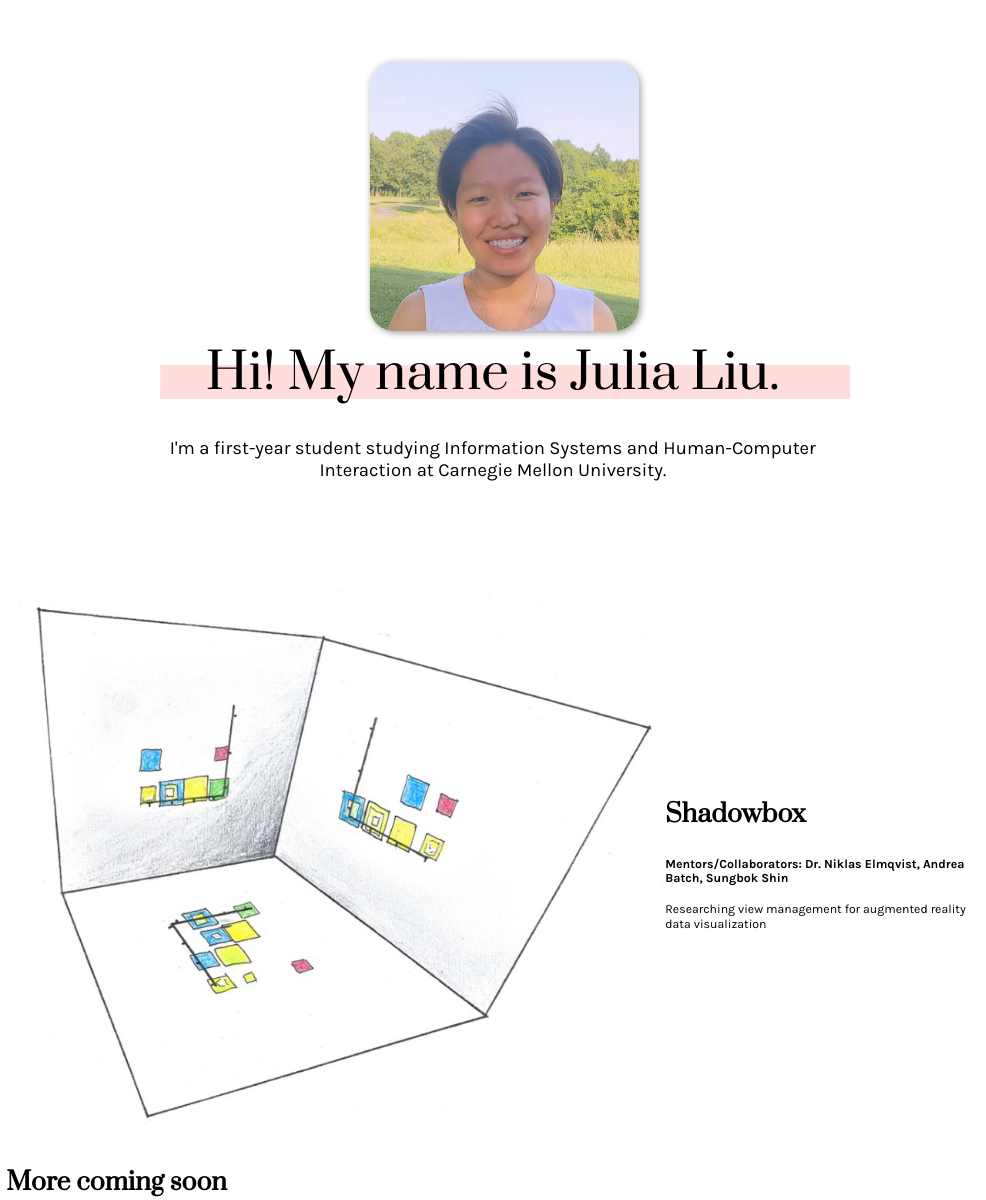
Repository: liu-julia/liu-julia.github.io
Page: index.html
The author's editor kept a copy of each file at every save. The page is drawn from the files as they stood at one save, then again after the next save.
The browser window is 1280 px wide. The pictures show the whole page, at 77% of full size.

Above is the page before, as saved 2022-04-27 09:38:43.

### index.html
<!DOCTYPE html>
<html lang="en">
<head>
    <meta charset="UTF-8">
    <meta http-equiv="X-UA-Compatible" content="IE=edge">
    <meta name="viewport" content="width=device-width, initial-scale=1.0">
    <link rel="preconnect" href="https://fonts.googleapis.com">
    <link rel="preconnect" href="https://fonts.gstatic.com" crossorigin>
    <link href="https://fonts.googleapis.com/css2?family=Karla:wght@300;400;700&family=Open+Sans:wght@300;400;700&family=Playfair+Display:wght@400;700&family=Prata&display=swap" rel="stylesheet">
    <link rel="stylesheet" href="css/styles.css">
    <link rel="icon" href="images/jllogo.png">
    <script src="js/scripts.js"></script>
    <title>Julia Liu</title>
</head>
<body>
    <header id="topbar">
        <img id="logo" src="images/jllogo.png" alt="JL logo">
        <div id="navbar">
            <a class="highlighted" href="index.html">Projects</a>
            <a class="hl_hover" href="about.html">About</a>
            <a class="hl_hover" href="contact.html">Contact</a>
        </div>
    </header>
    <div id="content">
        <div id="top">
            <img id="face" src="images/IMG_20210707_193435_832.jpg" alt="Julia Liu">
            <h1 class="highlighted">Hi! My name is Julia Liu.</h1>
            <p id="head_desc">I'm a first-year student studying Information Systems and Human-Computer Interaction at Carnegie Mellon University.</p>
        </div>
        <br>
        <div class="project">
            <img src="images/shadowbox.jpg" alt="Shadowbox">
            <div class="project-text">
                <h3>Shadowbox</h3>
                <h4>Mentors/Collaborators: Dr. Niklas Elmqvist, Andrea Batch, Sungbok Shin</h4>
                <p>Researching view management for augmented reality data visualization</p>
            </div>
        </div>
        <h3>More coming soon</h3>
    </div>
</body>
</html>

### css/styles.css
:root {
    font-family: 'Karla', sans-serif;
}
html {
    height: 100%;
}
header {
    position: fixed;
    top: 0;
    left: 0;
    right: 0;
    width: 100%;
    height: 60px;
    background-color: white;
    z-index: 1;
    box-shadow: 0 0 10px #FFFFFF;
    transition: top .2s;
}
#logo {
    width: 25px;
    height: 35px;
    padding: 13px;
}
#navbar {
    float: right;
}
a {
    position: relative;
    top: 10px;
    margin-right: 25px;
    align-self: center;
    color: black;
}
body {
    height: 100%;
}
#content {
    height: 100%;
}
h1 {
    font-family: 'Prata', serif;
    font-weight: 400;
    font-size: 4em;
}
#top {
    height: 100%;
}
h1{
    position: absolute;
    bottom: 12rem;
    left: 1rem;
    right: 1rem;
    text-align: center;
    margin: auto;
    width: 70%;
}
h1.highlighted::before {
    content: "";
    position: absolute;
    width: 100%;
    background: #ffdddd;
    left: .25em;
    bottom: .15em;
    height: .7em;
    z-index: -1;
}
#navbar a.highlighted::before {
    content: "";
    position: absolute;
    width: 100%;
    background: #ffdddd;
    left: .25em;
    bottom: .05em;
    height: .7em;
    z-index: -1;
}
.hl_hover::before {
    content: "";
    position: absolute;
    width: 100%;
    background: #ffdddd;
    left: .25em;
    bottom: .05em;
    height: .7em;
    z-index: -1;
    transition: transform 0.5s;
    transform: scaleX(0);
    transform-origin: right;
}
.hl_hover:hover::before {
    transform: scaleX(1);
    transform-origin: left;
}
h2 {
    font-family: 'Playfair Display', serif;
    font-size: 3em;
}
h3 {
    font-family: 'Prata', serif;
    font-size: 2em;

}
a {
    font-family: 'Playfair Display', serif;
    font-size: 1.5em;
    font-weight: 700;
    text-decoration: none;
}
#head_desc {
    font-size: 1.5em;
    font-weight: 400;
    position: absolute;
    bottom: 6rem;
    width: 90%;
    left: 1rem;
    right: 1rem;
    text-align: center;
    margin: auto;
    width: 75%;
}
.project {
    display: flex;
    align-items: center;
}
#face {
    position: absolute;
    width: 350px;
    height: 350px;
    top: 5rem;
    left: 30rem;
    right: 30rem;
    border-radius: 2em;
    margin: auto;
    box-shadow: 2px 2px 10px #00000066;
}

### js/scripts.js
var prevScrollpos = window.pageYOffset;
window.onscroll = function() {
  var currentScrollPos = window.pageYOffset;
  if (prevScrollpos > currentScrollPos) {
    document.getElementById("topbar").style.top = "0";
  } else {
    document.getElementById("topbar").style.top = "-70px";
  }
  prevScrollpos = currentScrollPos;
}

After the next save:
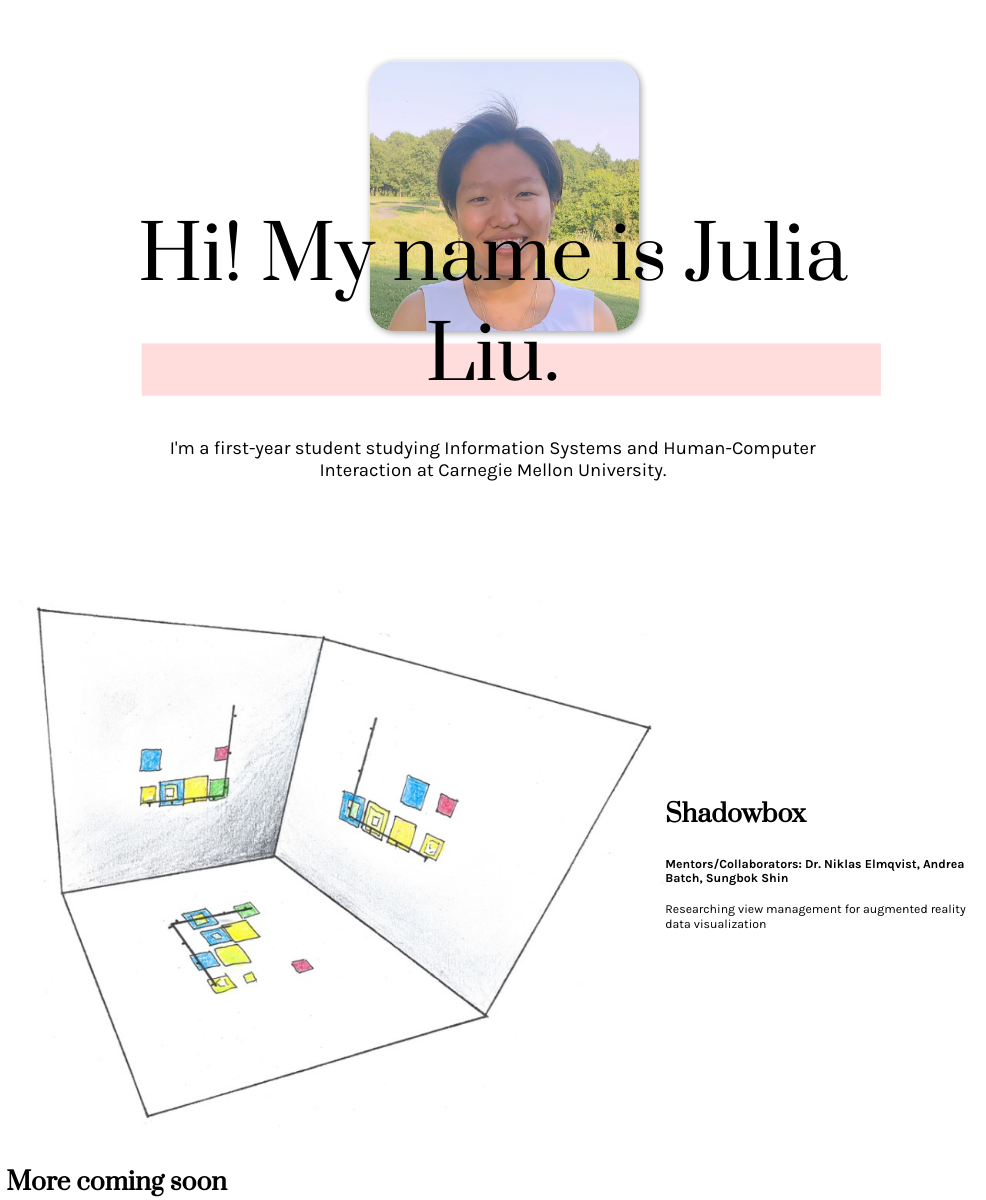
Saved 18 s later.
--- a/css/styles.css
+++ b/css/styles.css
@@ -40,7 +40,7 @@ body {
 h1 {
     font-family: 'Prata', serif;
     font-weight: 400;
-    font-size: 4em;
+    font-size: 6em;
 }
 #top {
     height: 100%;
@@ -52,7 +52,7 @@ h1{
     right: 1rem;
     text-align: center;
     margin: auto;
-    width: 70%;
+    width: 75%;
 }
 h1.highlighted::before {
     content: "";
